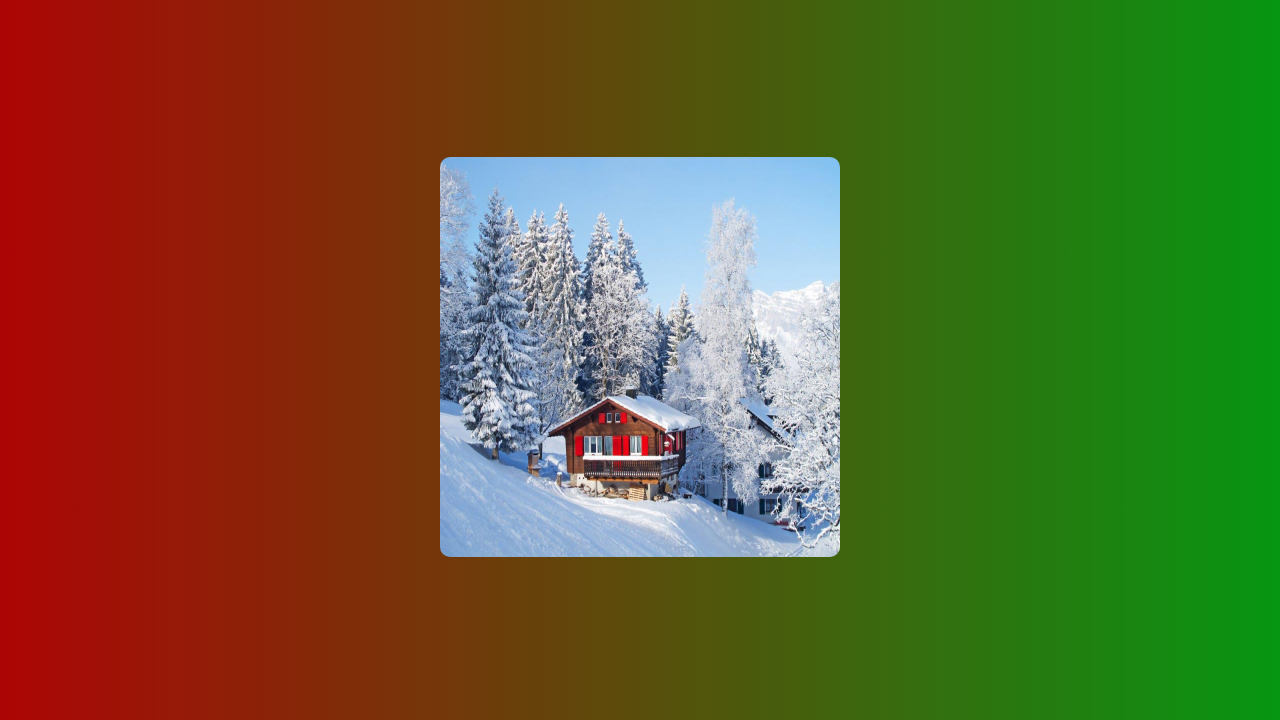
Repository: dev-ashik/Halloween
Page: Reg Page/Index.html
An editor plug-in stored every save of this project. The page is shown before and after the next save, followed by the edit.
The browser window is 1280 px wide. The pictures show the whole page.

Above is the page before, as saved 2021-12-21 21:48:08.

### Reg Page/Index.html
<!DOCTYPE html>
<html lang="en">

<head>
    <meta charset="UTF-8">
    <meta http-equiv="X-UA-Compatible" content="IE=edge">
    <meta name="viewport" content="width=device-width, initial-scale=1.0">
    <title>Regristration page</title>
    <link rel="stylesheet" href="CSS/main.css">
</head>

<body>
    <div class="con">
        <div class="bann">
            <img src="IMG/banner.jpg" alt="">
        </div>
        <div class="form"></div>
    </div>
</body>
<script src="JS/main.js"></script>

</html>

### Reg Page/CSS/main.css
@import url('https://fonts.googleapis.com/css2?family=Poppins:wght@200;300;400;500;600;700&display=swap');
@import url('https://fonts.googleapis.com/css2?family=Poppins:wght@200;300;400;500;600;700&display=swap');
* {
    margin: 0;
    padding: 0;
    box-sizing: border-box;
    font-family: 'Poppins', sans-serif;
}

html,
body {
    display: grid;
    height: 100vh;
    width: 100%;
    place-items: center;
    background: linear-gradient(to right, #ad0505 0%, #069612 100%);
}

::selection {
    background: #ff80bf;
}

.con .bann img {
    width: 400px;
    height: 400px;
    border-radius: 10px;
    box-shadow: #051fb4;
}

Loaded but not shown: Reg Page/JS/main.js (no stored copy; drawn as an empty file)

After the next save:
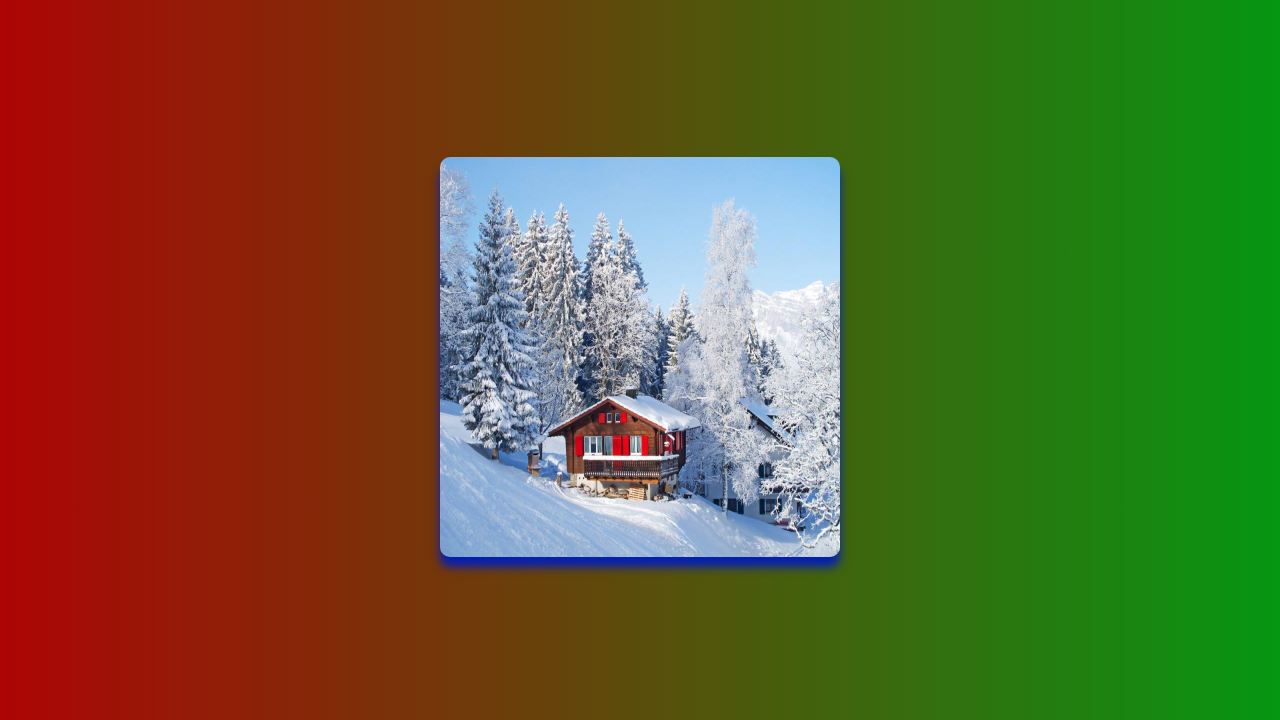
Saved 17 s later.
--- a/Reg Page/CSS/main.css
+++ b/Reg Page/CSS/main.css
@@ -24,5 +24,5 @@ body {
     width: 400px;
     height: 400px;
     border-radius: 10px;
-    box-shadow: #051fb4;
+    box-shadow: 0 10px 10px #051fb4;
 }
